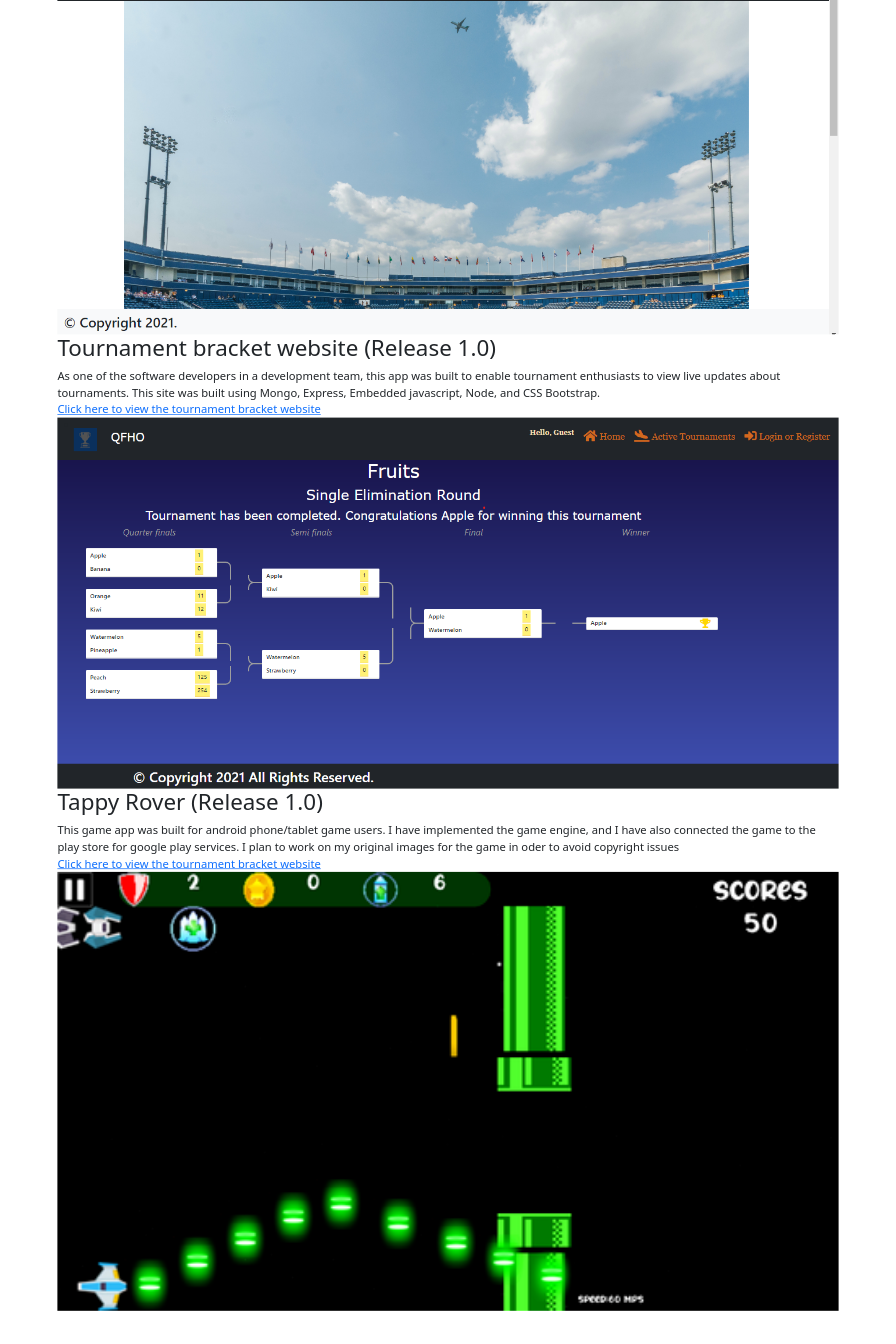
Repository: ofovweewere/Career-Portfolio
Page: http://localhost/projects
The author's editor kept a copy of each file at every save. The page is drawn from the files as they stood at one save, then again after the next save.
The browser window is 1280 px wide. The pictures show the part of the page from y = 932 to 2852 px (the page is 2852 px tall before and 2828 px after), at 70% of full size.
The page is served by the project's Node server (index.js). Other server files are loaded and not shown.

Above is the page before, as saved 2022-04-14 02:57:43.

### Server/Views/index.ejs
<!--File name: index.ejs,
  Student's name: Ofovwe Ewere
  Student's id: 301188196
  Date: June 4, 2021
-->
<!DOCTYPE html>
<html lang="en">
<head>
  <meta charset="UTF-8">
  <meta http-equiv="X-UA-Compatible" content="IE=edge">
  <meta name="viewport" content="width=device-width, initial-scale=1.0">
  <title><%= title %></title>
  <!--CSS Section -->
  <link rel="stylesheet" href="/bootstrap/dist/css/bootstrap.min.css">
  <link rel="stylesheet" href="/@fortawesome/fontawesome-free/css/all.min.css">
  <link rel="stylesheet" href="/Content/app.css">
</head>
<body>
  <!--Navigation Section-->
  <header>
    <%- include('./components/header.ejs') %>
  </header>

  <!--Main content-->
  <main>
    <%- include('./content/' +page +'.ejs') %>
  </main>



  <!--Javascript Section-->
  <script src="/jquery/dist/jquery.min.js"></script>
  <script src="/bootstrap/dist/js/bootstrap.min.js"></script>
  <script src="/Scripts/app.js"></script>
</body>
</html>

### Server/Views/components/header.ejs
<!--File name: header.ejs,
  Student's name: Ofovwe Ewere
  Student's id: 301188196
  Date: June 4, 2021
-->
<nav class="navbar navbar-expand-lg navbar-dark bg-dark">
    <div class="container-fluid">
      <a class="navbar-brand" href="#">COMP229</a>
      <button class="navbar-toggler" type="button" data-bs-toggle="collapse" data-bs-target="#navbarSupportedContent" aria-controls="navbarSupportedContent" aria-expanded="false" aria-label="Toggle navigation">
        <span class="navbar-toggler-icon"></span>
      </button>
      <div class="collapse navbar-collapse" id="navbarSupportedContent">
        <ul class="navbar-nav ms-auto mb-2 mb-lg-0">
          <li class="nav-item">
            <a class="nav-link"  href="#"><img src="Assets/images/logo.png"></a>
          </li>

          <li class="nav-item">
            <a class="nav-link" href="/home"><i class="fas fa-home fa-lg"></i> Home</a>
          </li>

          <li class="nav-item">
            <a class="nav-link" href="/about"><i class="fas fa-info fa-lg"></i> About</a>
          </li>

          <li class="nav-item">
            <a class="nav-link" href="/projects"><i class="fas fa-cog fa-lg"></i> Projects</a>
          </li>

          <li class="nav-item">
            <a class="nav-link" href="/services"><i class="fas fa-map fa-lg"></i> Services</a>
          </li>

          <li class="nav-item">
            <a class="nav-link" href="/contact"><i class="fas fa-phone fa-lg"></i> Contact</a>
          </li>


        </ul>

      </div>
    </div>
  </nav>

### Server/Views/content/projects.ejs
<!--File name: projects.ejs,
  Student's name: Ofovwe Ewere
  Student's id: 301188196
  Date: June 4, 2021
-->
<div class="container">
    <h1>My Projects</h1>
    <h2>Demo chat app (MEAN APPLICATION)</h2>
    <p  style="margin-bottom:0">As a personal project, I implemented this demo chat application using Mongo, Express, Angular, Node, Sockets,Typescript, CSS Bootstrap and Redis.
    </p>
    <a href="https://koanvo.herokuapp.com/" style="margin-top:0">Click here to view the demo chat app</a>
    <div><img img src="Assets/images/chatApp.png" style="width:100%;"></div>

    <h2>Lawn tennis trainer app (Release 1.0)</h2>
    <p  style="margin-bottom:0">As one of the software developers in a development team, this app was built to enable tennis trainer seekers to find tennis trainers.
      The team has only completed Release 1, and hope to add more features to the website. This website was built with Nodejs, Express, Mongo, Embedded javascript, CSS Bootstrap, and Ajax
    </p>
    <a href="https://lawntennistrainer.herokuapp.com/" style="margin-top:0">Click here to view the tennis trainer website</a>
    <div><img img src="Assets/images/tennisTrainer.png" style="width:100%;"></div>

     <h2>Tournament bracket website (Release 1.0)</h2>
    <p  style="margin-bottom:0">As one of the software developers in a development team, this app was built to enable tournament enthusiasts to view
      live updates about tournaments. This site was built using Mongo, Express, Embedded javascript, Node, and CSS Bootstrap.
    </p>
    <a href="https://comp229-m2021-group10-project.herokuapp.com/tournaments/" style="margin-top:0">Click here to view the tournament bracket website</a>
    <div><img img src="Assets/images/tournamentBracket.png" style="width:100%;"></div>

     <h2>Tappy Rover (Release 1.0)</h2>
    <p  style="margin-bottom:0">This game app was built for android phone/tablet game users. I have implemented the game engine, and I have also connected the game to the play store for google play services. I plan to work on my original images for the game in oder to avoid copyright issues
    </p>
    <a href="https://comp229-m2021-group10-project.herokuapp.com/tournaments/" style="margin-top:0">Click here to view the tournament bracket website</a>
    <div><img img src="Assets/images/tappyrover.png" style="width:100%;"></div>

    <br>
    <br>


  </div>

### index.js
#!/usr/bin/env node

/**
 * Module dependencies.
 *  File name: index.js,
    Student's name: Ofovwe Ewere
    Student's id: 301188196
    Date: June 4, 2021

 */
"use strict";
var __importDefault = (this && this.__importDefault) || function (mod) {
    return (mod && mod.__esModule) ? mod : { "default": mod };
};
Object.defineProperty(exports, "__esModule", { value: true });
const app_1 = __importDefault(require("./Server/Config/app"));
const debug_1 = __importDefault(require("debug"));
debug_1.default('week4:server');
const http_1 = __importDefault(require("http"));
let port = normalizePort(process.env.PORT || '3000');
app_1.default.set('port', port);
let server = http_1.default.createServer(app_1.default);
server.listen(port);
server.on('error', onError);
server.on('listening', onListening);
function normalizePort(val) {
    let port = parseInt(val, 10);
    if (isNaN(port)) {
        return val;
    }
    if (port >= 0) {
        return port;
    }
    return false;
}
function onError(error) {
    if (error.syscall !== 'listen') {
        throw error;
    }
    var bind = typeof port === 'string'
        ? 'Pipe ' + port
        : 'Port ' + port;
    switch (error.code) {
        case 'EACCES':
            console.error(bind + ' requires elevated privileges');
            process.exit(1);
            break;
        case 'EADDRINUSE':
            console.error(bind + ' is already in use');
            process.exit(1);
            break;
        default:
            throw error;
    }
}
function onListening() {
    let addr = server.address();
    let bind = typeof addr === 'string'
        ? 'pipe ' + addr
        : 'port ' + addr.port;
    debug_1.default('Listening on ' + bind);
}
//# sourceMappingURL=index.js.map

### Server/Routes/index.js
/**
 * Module dependencies.
 *  File name: index.js,
    Student's name: Ofovwe Ewere
    Student's id: 301188196
    Date: June 4, 2021

 */
"use strict";
var __importDefault = (this && this.__importDefault) || function (mod) {
    return (mod && mod.__esModule) ? mod : { "default": mod };
};
Object.defineProperty(exports, "__esModule", { value: true });
const express_1 = __importDefault(require("express"));
const router = express_1.default.Router();
exports.default = router;
router.get('/', function (req, res, next) {
    res.render('index', { title: 'Home', page: 'home' });
});
router.get('/home', function (req, res, next) {
    res.render('index', { title: 'Home', page: 'home' });
});
router.get('/about', function (req, res, next) {
    res.render('index', { title: 'About Me', page: 'about' });
});
router.get('/projects', function (req, res, next) {
    res.render('index', { title: 'My Projects', page: 'projects' });
});
router.get('/services', function (req, res, next) {
    res.render('index', { title: 'My Services', page: 'services' });
});
router.get('/contact', function (req, res, next) {
    res.render('index', { title: 'Contact Me', page: 'contact' });
});
//# sourceMappingURL=index.js.map

### Client/Content/app.css
/* your custom css goes here*/

### Client/Scripts/app.js
/**
 * Module dependencies.
 *  File name: app.js,
    Student's name: Ofovwe Ewere
    Student's id: 301188196
    Date: June 4, 2021

 */
"use strict";
(function () {
    function Start() {
        console.log("app started");
    }
    window.addEventListener("load", Start);
})();
//# sourceMappingURL=app.js.map

After the next save:
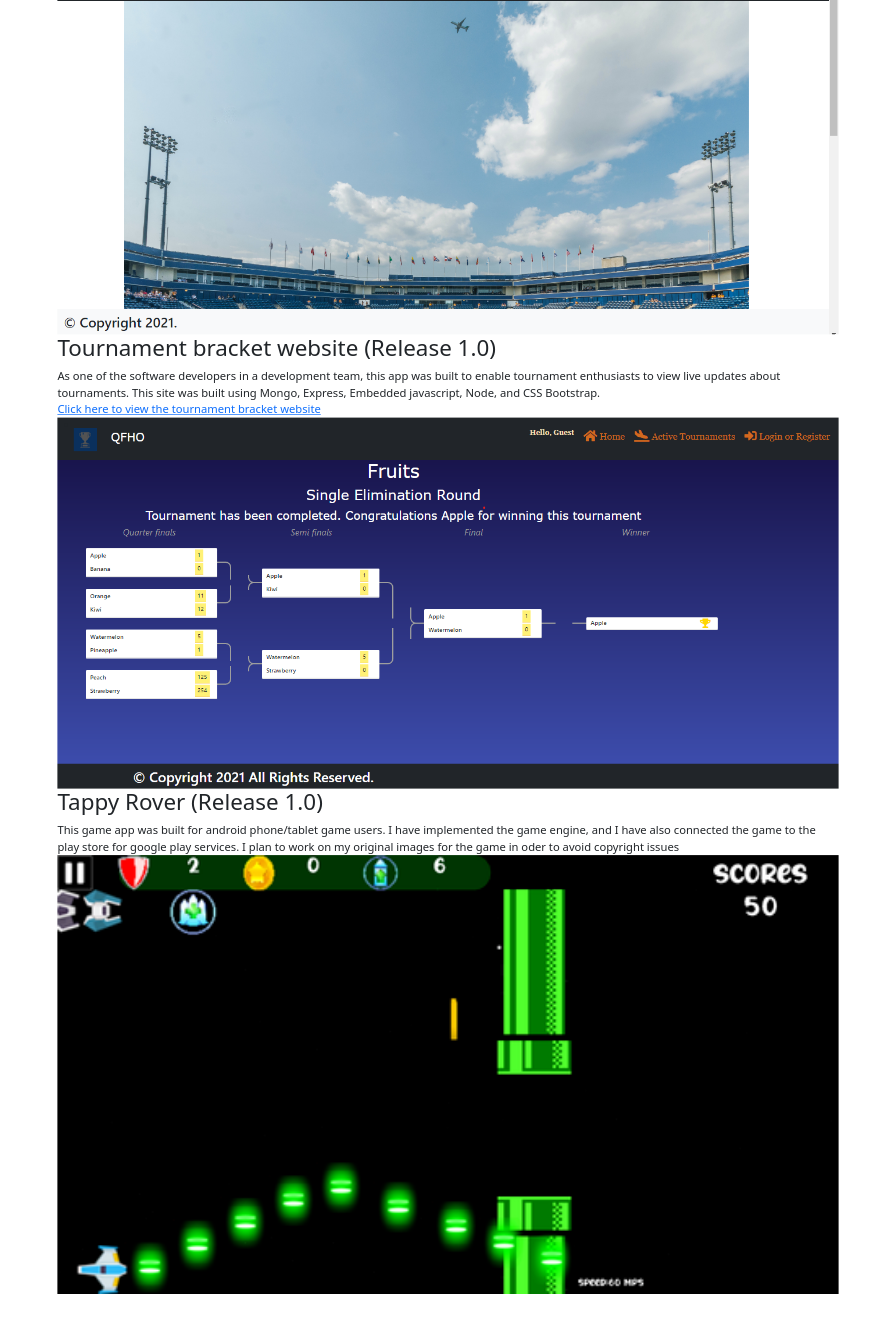
Saved 29 s later.
--- a/Server/Views/content/projects.ejs
+++ b/Server/Views/content/projects.ejs
@@ -28,7 +28,7 @@
      <h2>Tappy Rover (Release 1.0)</h2>
     <p  style="margin-bottom:0">This game app was built for android phone/tablet game users. I have implemented the game engine, and I have also connected the game to the play store for google play services. I plan to work on my original images for the game in oder to avoid copyright issues
     </p>
-    <a href="https://comp229-m2021-group10-project.herokuapp.com/tournaments/" style="margin-top:0">Click here to view the tournament bracket website</a>
+
     <div><img img src="Assets/images/tappyrover.png" style="width:100%;"></div>
 
     <br>
